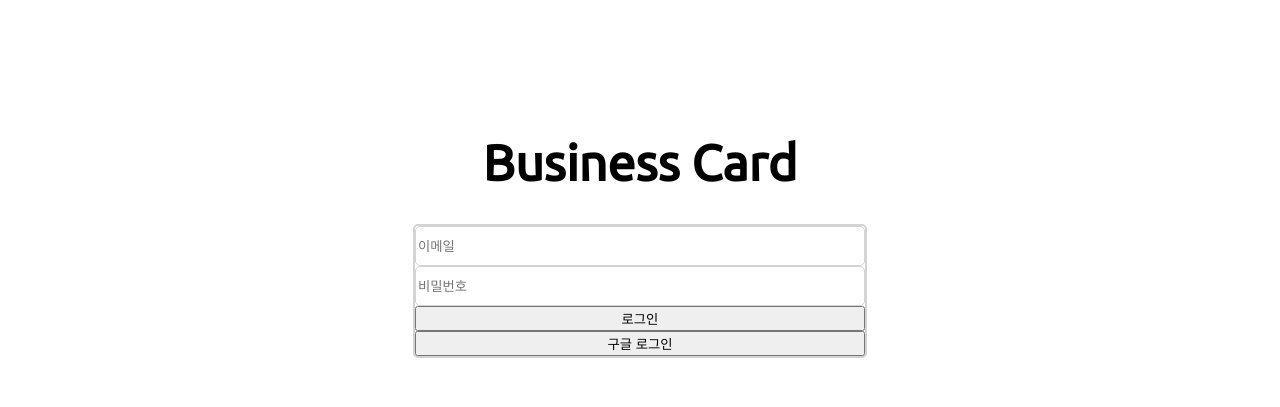
Repository: momo0170/react_businesscard
Page: /login
These files come from the project's save history. The page is drawn as it stood at one moment and after the next save; the edit follows.
The browser window is 1280 px wide. The pictures show the whole page.
The page's requests for data from a server got no answer. The project was rebuilt for these pictures with package versions that can differ from the ones it lists, and the page was loaded fresh each time. No one was signed in, and anything a server would have sent is missing.

Above is the page before, as saved 2022-08-10 22:28:03.

After the next save:
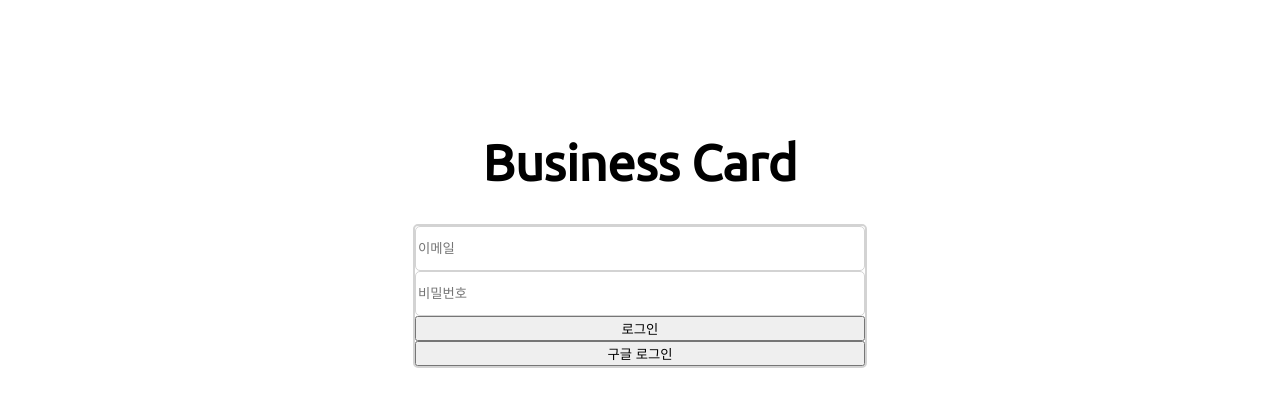
Saved 11 s later.
--- a/src/css/login.module.css
+++ b/src/css/login.module.css
@@ -25,7 +25,7 @@
 
 .inputId,
 .inputPassword {
-  height: 40px;
+  height: 45px;
   margin: marginNormal marginHigh;
   padding: paddingLow;
   box-sizing: border-box;
